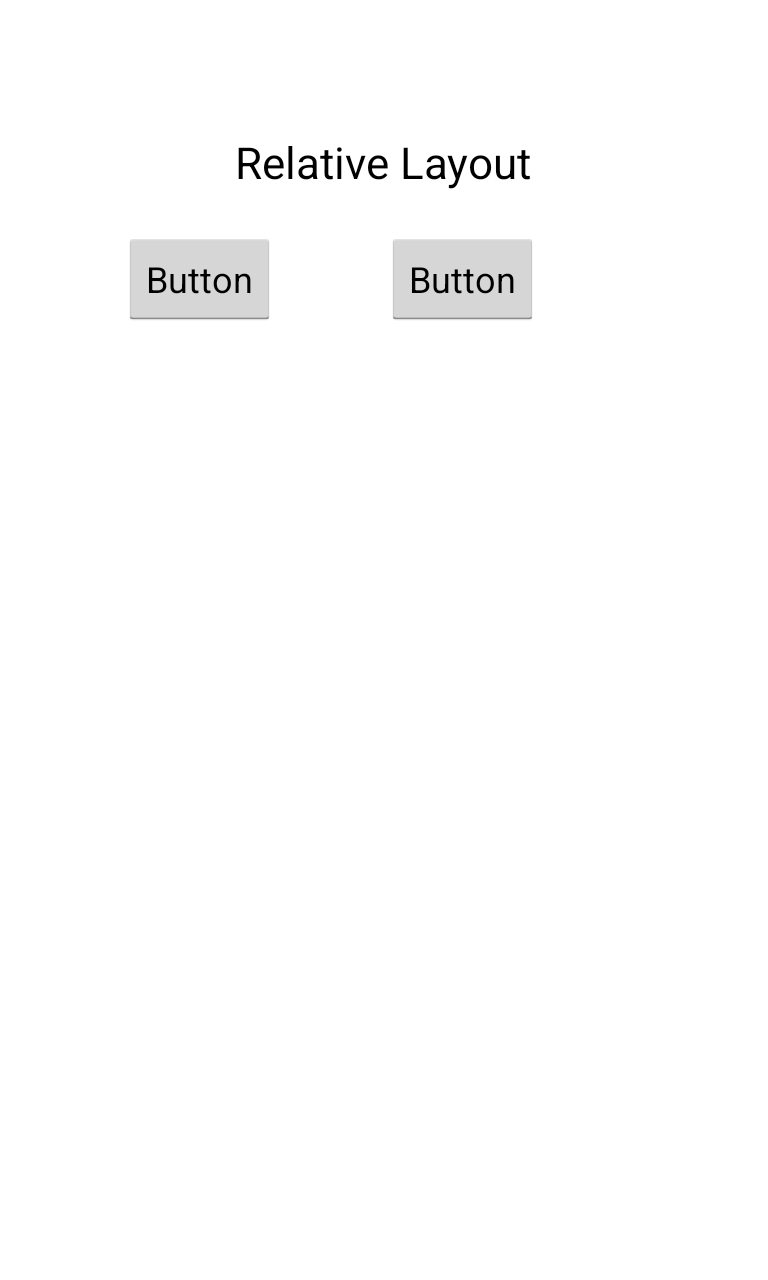
Repository: MadhuHS/JECM3
Layout: Layouts/res/layout/activity_main.xml
An editor plug-in stored every save of this project. The layout is shown before and after the next save, followed by the edit.
It is drawn on a 768 x 1280 px phone screen (xhdpi) without system bars, with theme AppTheme; the app's code is not run.

Above is the layout before, as saved 2015-11-25 03:37:14.

After the next save:
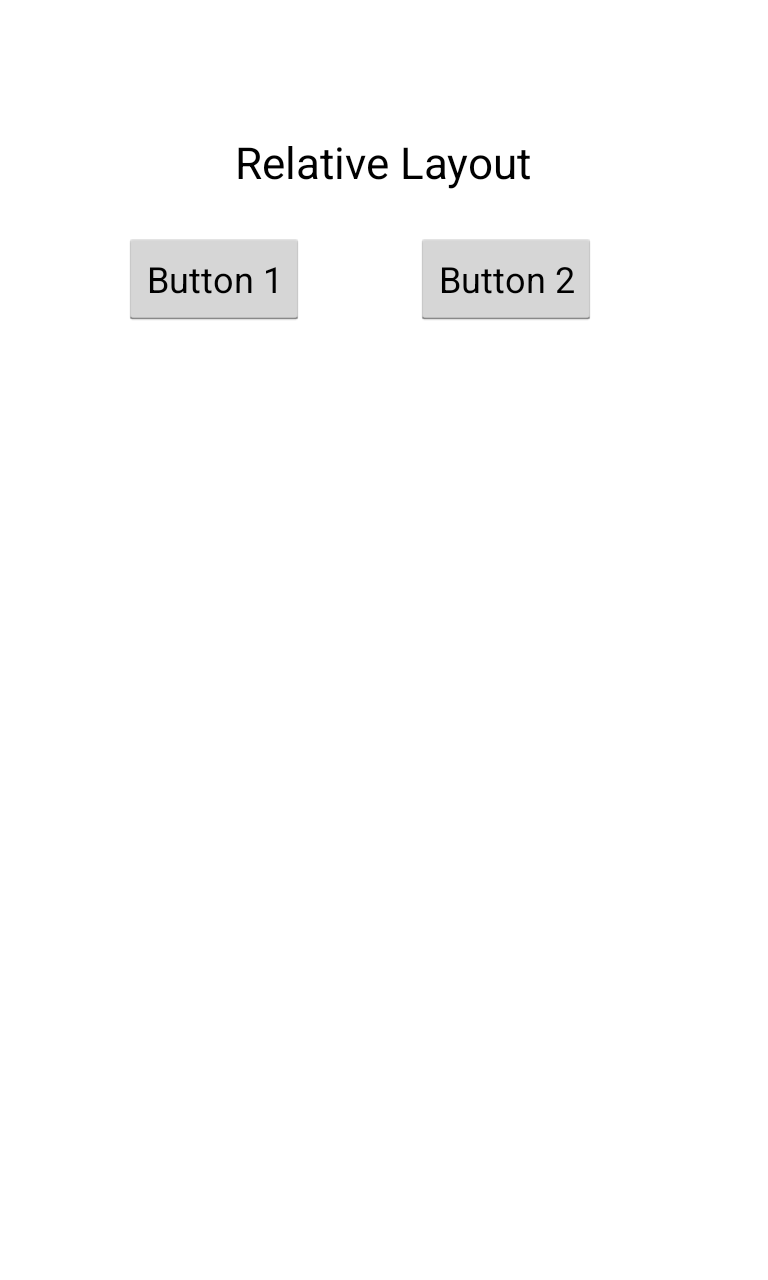
Saved 40 s later.
--- a/Layouts/res/layout/activity_main.xml
+++ b/Layouts/res/layout/activity_main.xml
@@ -26,7 +26,7 @@
         android:layout_below="@+id/textView1"
         android:layout_marginLeft="45dp"
         android:layout_marginTop="20dp"
-        android:text="Button" />
+        android:text="Button 1" />
 
     <Button
         android:id="@+id/button2"
@@ -35,6 +35,6 @@
         android:layout_alignTop="@+id/button1"
         android:layout_marginLeft="54dp"
         android:layout_toRightOf="@+id/button1"
-        android:text="Button" />
+        android:text="Button 2" />
 
 </RelativeLayout>
